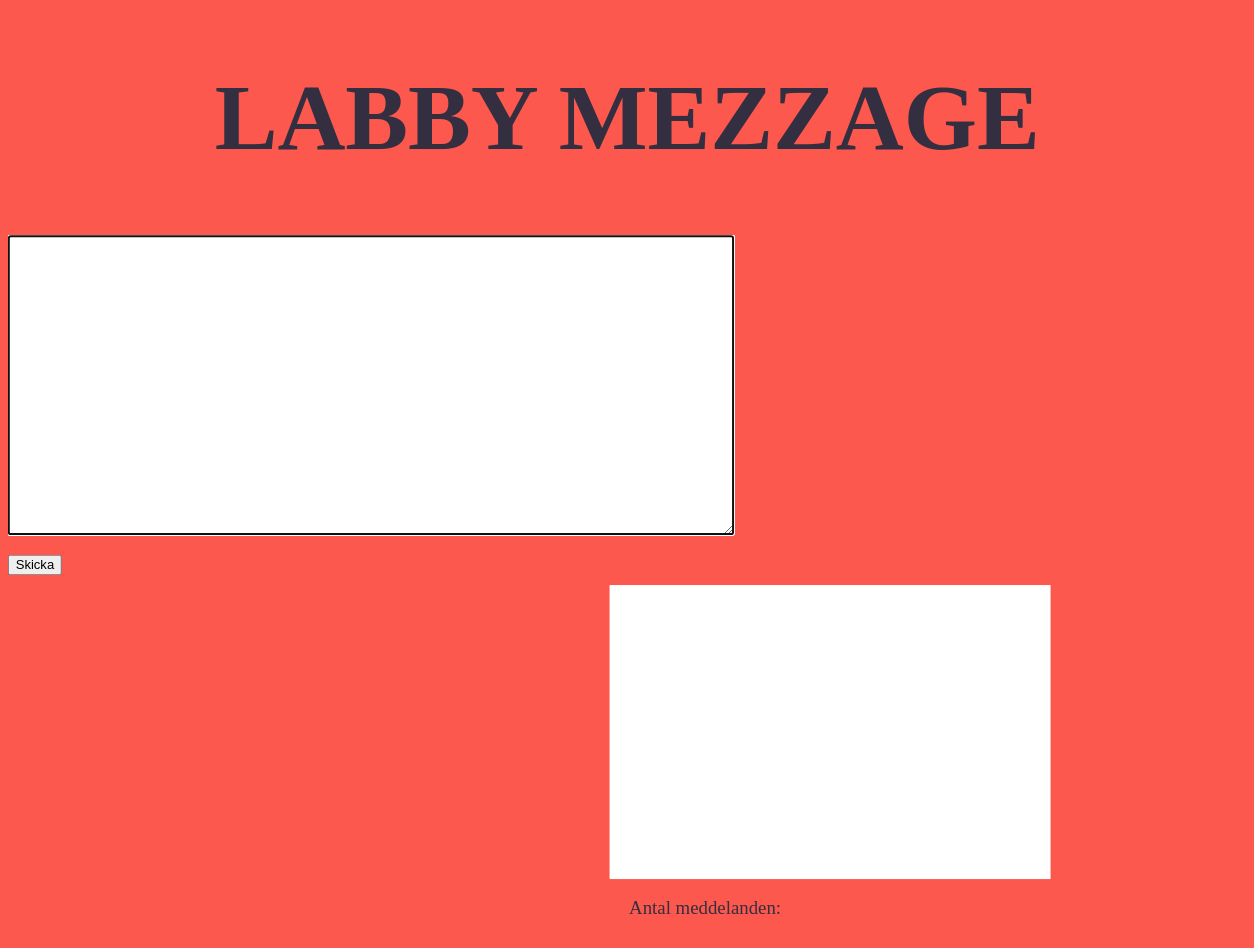
Repository: em222mt/1dv403-laborationer
Page: 2-labbymezzage/Index.html
The author's editor kept a record of every edit. The page is drawn from the files as they stood at one moment, then again after the next edit.
The browser window is 1280 px wide. The pictures show the whole page, at 98% of full size.

Above is the page before.

After the next edit:
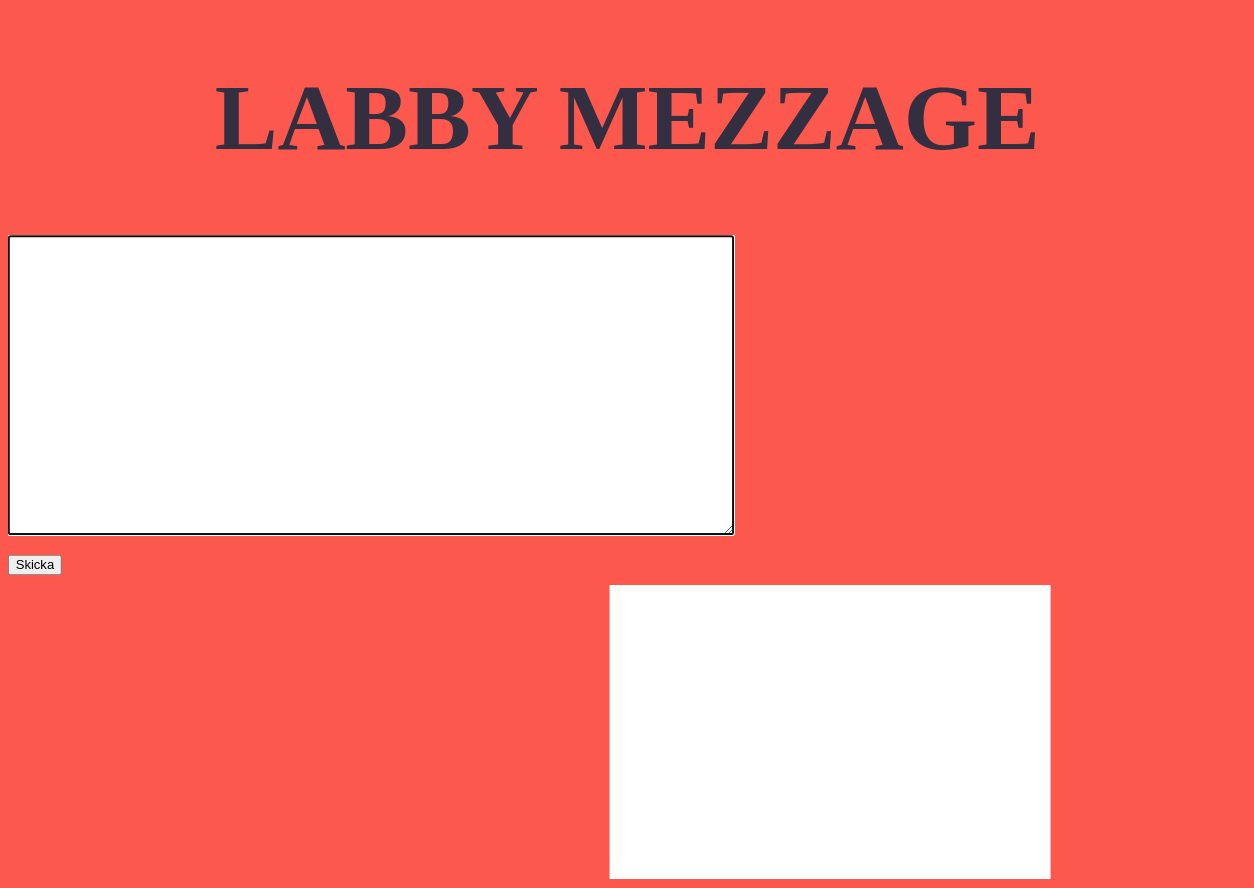
The edit:
--- a/2-labbymezzage/Index.html
+++ b/2-labbymezzage/Index.html
@@ -22,7 +22,10 @@
                 <aside id="messagearea">
 
                 </aside>
-            <p id="counttext">Antal meddelanden: <p class="counter"></p></p>
+                <div id="countDiv">
+
+                </div>
+
             </div>
 
         </main>

After the edit that followed:
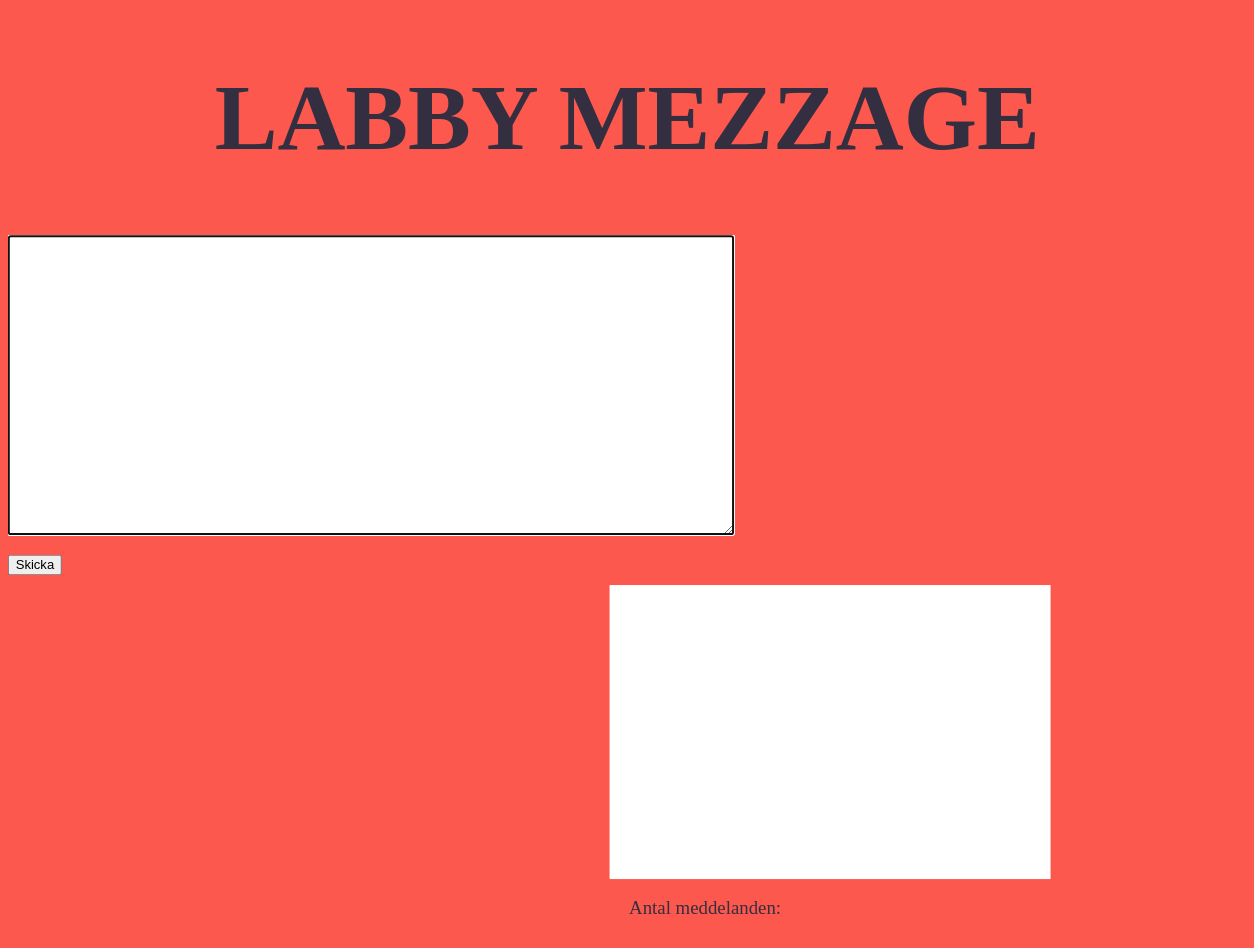
The edit:
--- a/2-labbymezzage/Index.html
+++ b/2-labbymezzage/Index.html
@@ -23,7 +23,7 @@
 
                 </aside>
                 <div id="countDiv">
-
+                    <p id="counttext">Antal meddelanden: <p id="counter"></p></p>
                 </div>
 
             </div>
